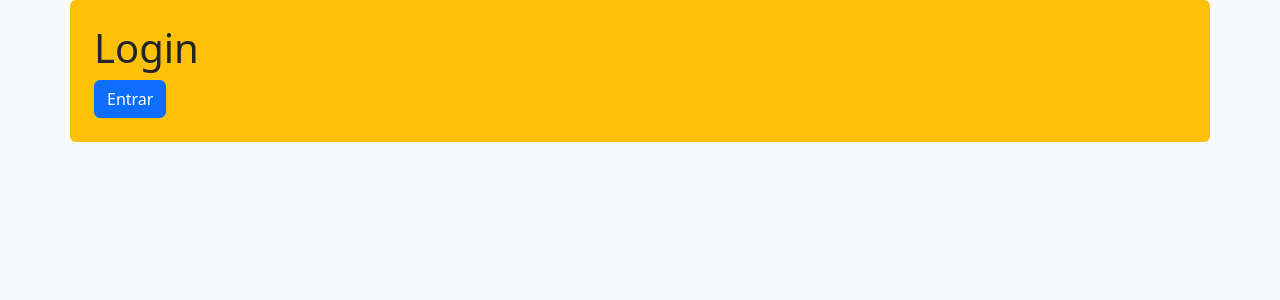
Repository: gabrielwodtke282/PetShop-fofinhos
Page: front-end/index.html
An editor plug-in stored every save of this project. The page is shown before and after a run of saves, followed by the edit.
The browser window is 1280 px wide. The pictures show the whole page.

Above is the page before, as saved 2026-03-23 09:25:37.

After the next 9 saves:
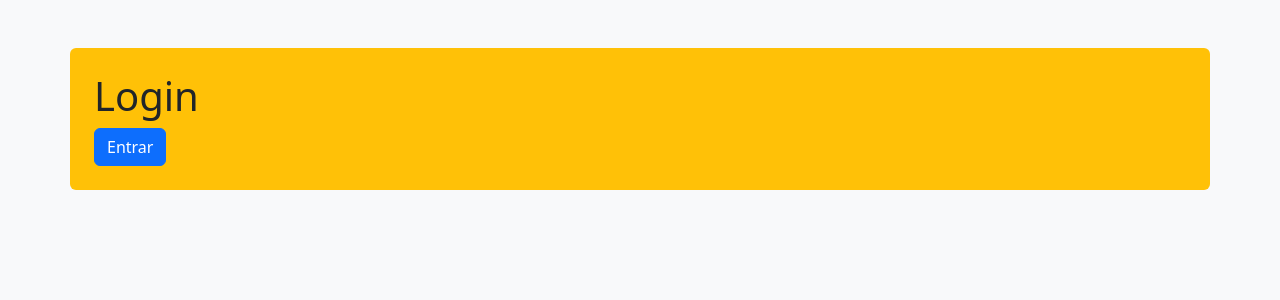
The 9 saves are shown as one change because they came seconds apart.
The last was saved 20 s later.
--- a/front-end/index.html
+++ b/front-end/index.html
@@ -9,7 +9,7 @@
 </head>
 <body class="bg-light">
 
-    <div class="container bg-warning rounded p-4 mt-10">
+    <div class="container bg-warning rounded p-4 mt-5">
         <h1>Login</h1>
         <button class="btn btn-primary">Entrar</button>
     </div>
